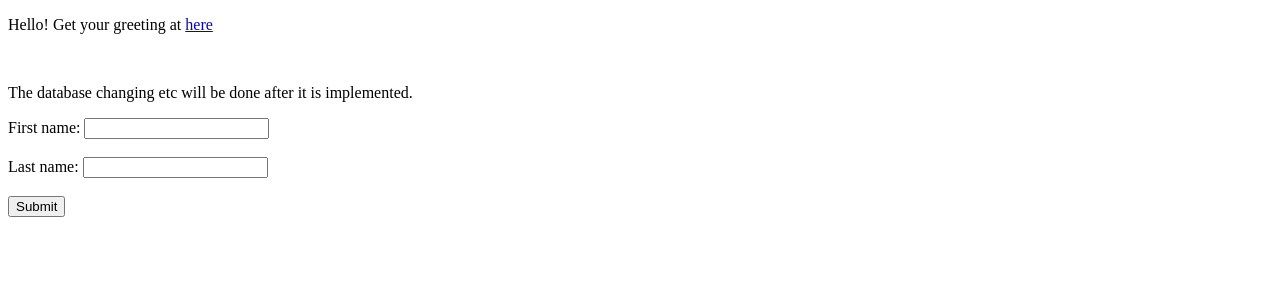
Repository: hcm4990/BankingApplicationRestAPI
Page: gs-serving-web-content-complete/src/main/resources/static/index.html
An editor plug-in stored every save of this project. The page is shown before and after the next save, followed by the edit.
The browser window is 1280 px wide. The pictures show the whole page.

Above is the page before, as saved 2020-04-06 12:04:51.

### gs-serving-web-content-complete/src/main/resources/static/index.html
<!DOCTYPE HTML>
<html>
<head>
<title>Getting Started: Serving Web Content</title>
<meta http-equiv="Content-Type" content="text/html; charset=UTF-8" />
</head>
<body>
	<p>
		Hello! Get your greeting at <a href="/greeting">here</a>
	</p>
	<br>
	<p>The database changing etc will be done after it is implemented.</p>
	<form action="/transaction">
		<label for="fname">First name:</label> <input type="text" id="fname"
			name="fname"><br>
		<br> <label for="lname">Last name:</label> <input type="text"
			id="lname" name="lname"><br>
		<br> <input type="submit" value="Submit">
	</form>
</body>
</html>

After the next save:
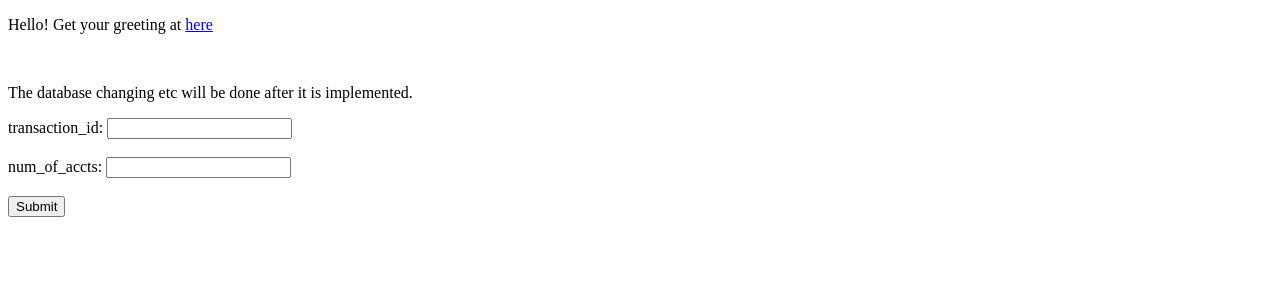
Saved 36 s later.
--- a/gs-serving-web-content-complete/src/main/resources/static/index.html
+++ b/gs-serving-web-content-complete/src/main/resources/static/index.html
@@ -11,9 +11,9 @@
 	<br>
 	<p>The database changing etc will be done after it is implemented.</p>
 	<form action="/transaction">
-		<label for="fname">First name:</label> <input type="text" id="fname"
+		<label for="fname">transaction_id:</label> <input type="text" id="fname"
 			name="fname"><br>
-		<br> <label for="lname">Last name:</label> <input type="text"
+		<br> <label for="lname">num_of_accts:</label> <input type="text"
 			id="lname" name="lname"><br>
 		<br> <input type="submit" value="Submit">
 	</form>
